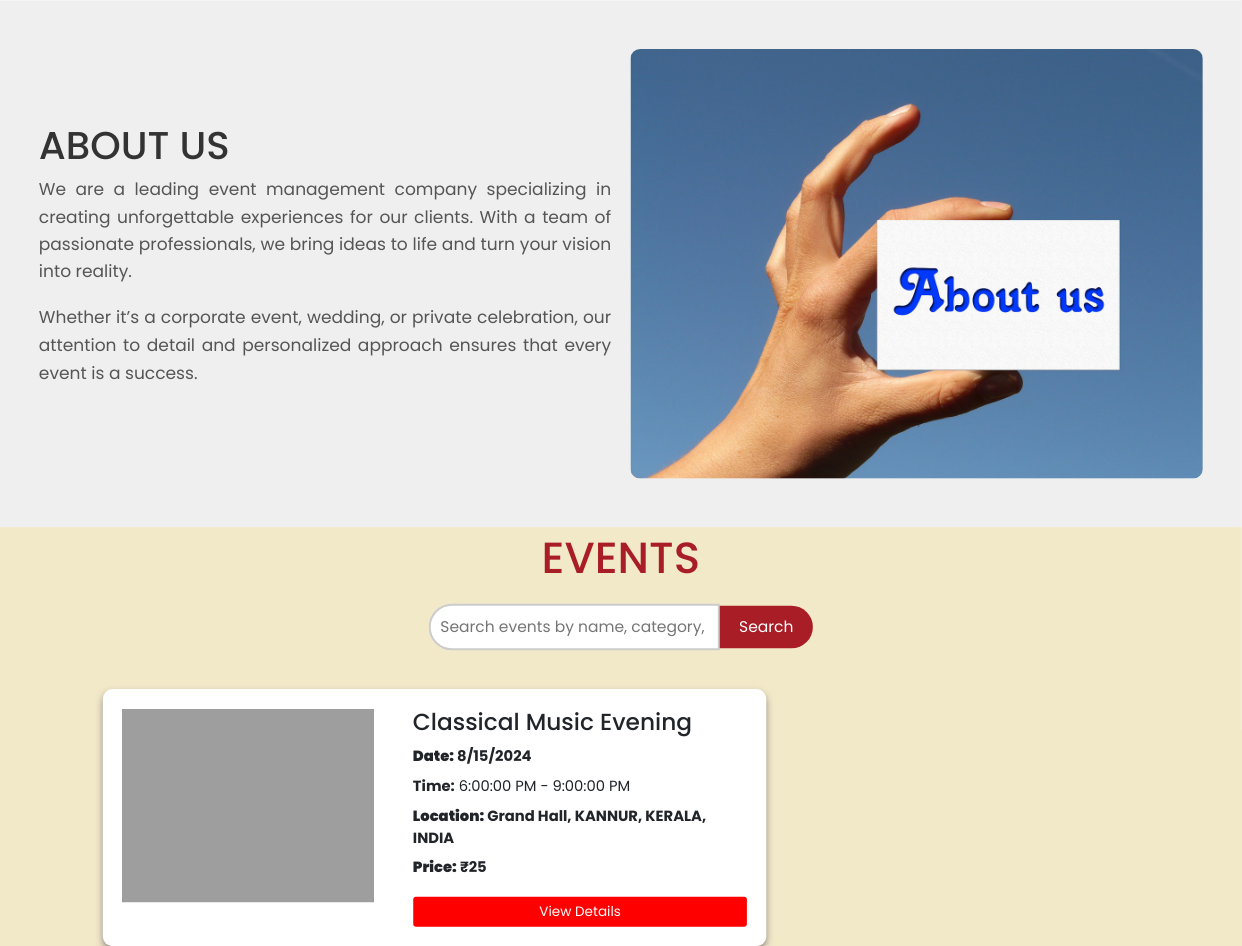
Repository: SharonSebastian32/Event-Management-System-
Page: index.html
These files come from the project's save history. The page is drawn as it stood at one moment and after the next save; the edit follows.
The browser window is 1280 px wide. The pictures show the part of the page from y = 820 to 1795 px (the page is 4996 px tall before and 5001 px after), at 97% of full size.
Pictures or frames that could not be fetched are drawn as grey boxes. A picture or video elsewhere on the page could not be fetched, so the positions and the page height are approximate.

Above is the page before, as saved 2024-09-06 12:15:25.
Not found: assets/css/ContactUs.css

After the next save:
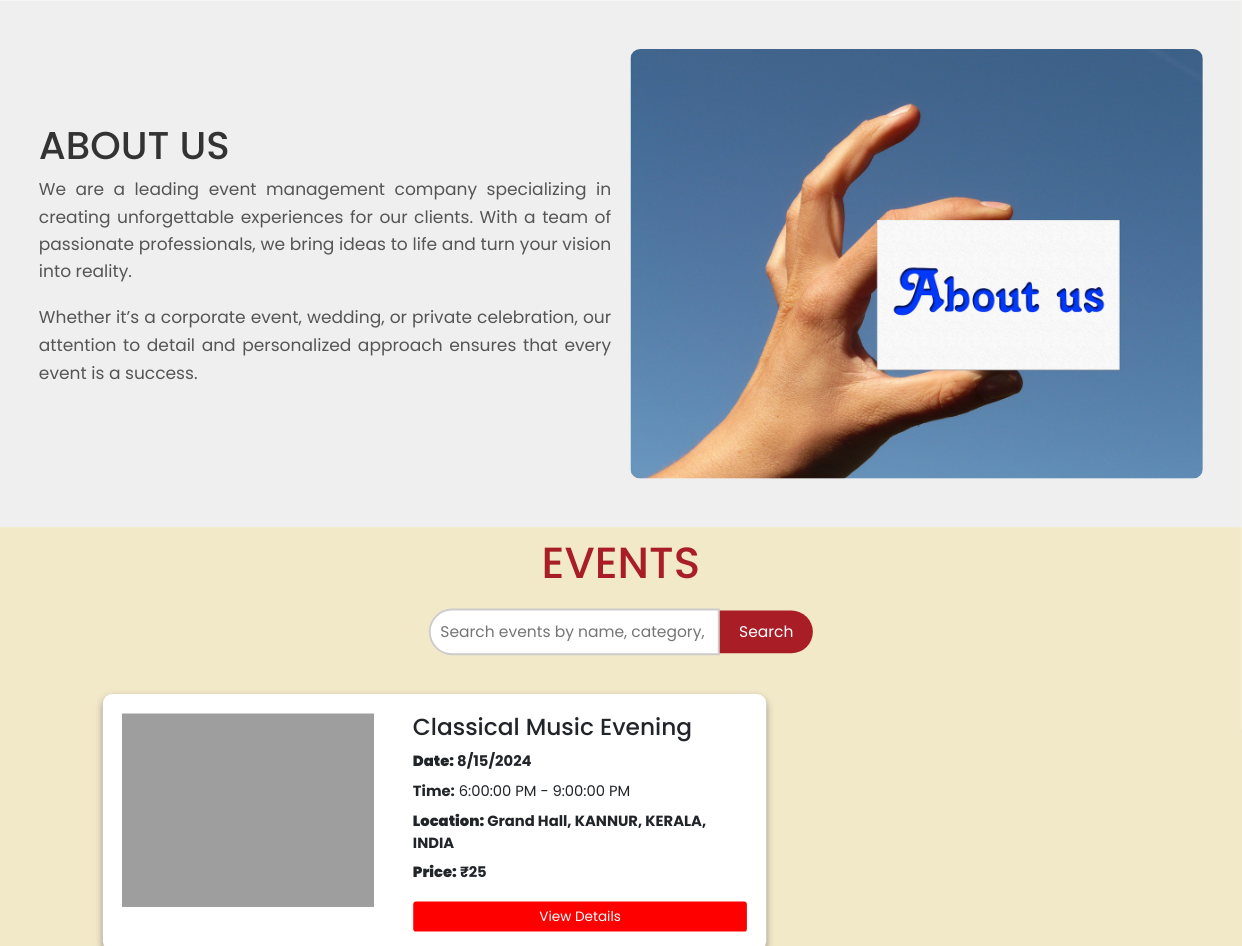
Saved 8 s later.
--- a/index.html
+++ b/index.html
@@ -81,7 +81,7 @@
     <section id="events-sect" style="background-color: #f2e9c9">
       <center>
         <h1
-          style="font-size: 45px; color: #a91d26; padding-top: 5px"
+          style="font-size: 45px; color: #a91d26; padding-top: 10px"
           data-aos="zoom-in"
         >
           EVENTS
